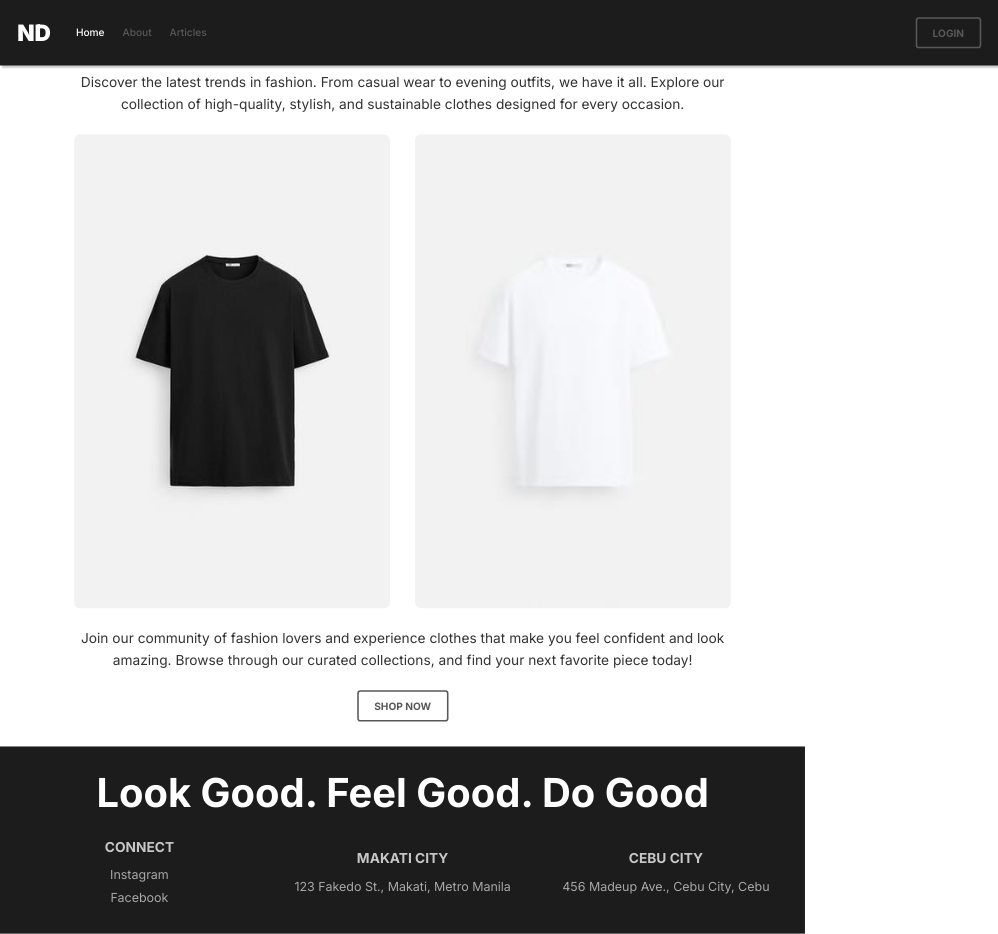
Repository: neomdavid/advancedwebprogramming
Page: /
The author's editor kept a copy of each file at every save. The page is drawn from the files as they stood at one save, then again after the next save.
The browser window is 1280 px wide. The pictures show the whole page, at 78% of full size.
The project was rebuilt for these pictures with package versions that can differ from the ones it lists, and the page was loaded fresh each time. Also part of the build but not shown: vite.config.js, src/styles/AboutPage.css, src/pages/AboutPAge.jsx, src/styles/ArticleList.css, src/pages/ArticleList.jsx, src/pages/ArticlePage.jsx.

Above is the page before, as saved 2025-04-15 08:15:48.

### index.html
<!DOCTYPE html>
<html lang="en">
  <head>
    <meta charset="UTF-8" />
    <link rel="icon" type="image/svg+xml" href="/vite.svg" />
    <meta name="viewport" content="width=device-width, initial-scale=1.0" />
    <link rel="preconnect" href="https://fonts.googleapis.com" />
    <link rel="preconnect" href="https://fonts.gstatic.com" crossorigin />
    <link
      href="https://fonts.googleapis.com/css2?family=Inter:ital,opsz,wght@0,14..32,100..900;1,14..32,100..900&display=swap"
      rel="stylesheet"
    />
    <title>Vite + React</title>
  </head>
  <body>
    <div id="root"></div>
    <script type="module" src="/src/main.jsx"></script>
  </body>
</html>

### src/App.jsx
import "./App.css";
import Layout from "./components/Layout";
import AboutPage from "./pages/AboutPAge";
import ArticleList from "./pages/ArticleList";
import ArticlePage from "./pages/ArticlePage";
import HomePage from "./pages/HomePage";
import { createBrowserRouter, RouterProvider } from "react-router-dom";

const routes = [
  {
    path: "/",
    element: <Layout />,
    children: [
      {
        path: "/",
        element: <HomePage />,
      },
      {
        path: "/about",
        element: <AboutPage />,
      },
      {
        path: "/articles",
        element: <ArticleList />,
      },
      {
        path: "/articles/:id",
        element: <ArticlePage />,
      },
    ],
  },
];

const router = createBrowserRouter(routes);

function App() {
  return (
    <>
      <RouterProvider router={router} />
    </>
  );
}

export default App;

### src/App.css
* {
  margin: 0;
  padding: 0;
  font-family: "Inter";
}

button {
  padding: 0;
  margin: 0;
  border: none;
}

nav a,
a {
  color: inherit;
  text-decoration: none;
}
nav ul {
  list-style: none;
  padding: 0;
  margin: 0;
}
.heading {
  font-size: 2.5rem;
  margin-bottom: 1.5rem;
}

.content {
  line-height: 1.6;
  margin-bottom: 1.5rem;
  font-size: 1.1rem;
}

.outlet-container {
  margin-top: 200px;
}
footer {
  background-color: #1c1c1c;
  color: white;
  display: flex;
  flex-direction: column;
  align-items: center;
  padding: 30px 20px;
  gap: 30px;
}
.footer-item-container {
  display: grid;
  grid-template-columns: 1;
  gap: 20px;
  justify-content: center;
  align-items: center;
  text-align: center;
}

.footer-item-container h1 {
  font-size: 1.5rem;
  font-weight: 700;
  text-transform: uppercase;
}
.footer-item-container .footer-item h2 {
  font-size: 1.1rem;
  margin-bottom: 10px;
  text-transform: uppercase;
  color: #c7c7c7;
}
.footer-item p {
  margin: 5px 20px;
  color: #a8a8a8;
}
.outlet-container {
  padding-top: 100px;
}

@media (min-width: 768px) {
  .footer-item-container {
    grid-template-columns: 1fr 1fr 1fr;
    justify-content: space-around;
  }
}

### src/components/Layout.jsx
import { Outlet } from "react-router-dom";
import Navbar from "./Navbar";
import "../App.css";
import Footer from "./Footer";
const Layout = () => {
  return (
    <>
      <Navbar />
      <Outlet className="outlet-container" />
      <Footer />
    </>
  );
};

export default Layout;

### src/pages/HomePage.jsx
import React from "react";
import "../styles/HomePage.css";
import Button from "../components/Button";
import product1 from "../assets/product1.jpg";
import product2 from "../assets/product2.jpg";

const HomePage = () => {
  return (
    <div className="home-container">
      <h1>Welcome to Our Clothing Store</h1>
      <p>
        Discover the latest trends in fashion. From casual wear to evening
        outfits, we have it all. Explore our collection of high-quality,
        stylish, and sustainable clothes designed for every occasion.
      </p>

      <div className="home-image-container">
        <img src={product1} alt="Product 1" className="home-image" />
        <img src={product2} alt="Product 2" className="home-image" />
      </div>

      <p>
        Join our community of fashion lovers and experience clothes that make
        you feel confident and look amazing. Browse through our curated
        collections, and find your next favorite piece today!
      </p>

      <Button>Shop Now</Button>
    </div>
  );
};

export default HomePage;

### src/components/Navbar.jsx
import React from "react";
import { Link, NavLink } from "react-router-dom";
import Button from "./Button";
import "../styles/Navbar.css";
const Navbar = () => {
  return (
    <nav className="">
      <div className="left-section">
        <div className="logo">
          <h1>
            N<span>D</span>
          </h1>
        </div>
        <ul>
          <li>
            <NavLink
              to="/"
              className={({ isActive }) =>
                isActive ? "nav-link active" : "nav-link"
              }
            >
              Home
            </NavLink>
          </li>
          <li>
            <NavLink
              to="/about"
              className={({ isActive }) =>
                isActive ? "nav-link active" : "nav-link"
              }
            >
              About
            </NavLink>
          </li>
          <li>
            <NavLink
              to="/articles"
              className={({ isActive }) =>
                isActive ? "nav-link active" : "nav-link"
              }
            >
              Articles
            </NavLink>
          </li>
        </ul>
      </div>

      <Button>
        <p>Login</p>
      </Button>
    </nav>
  );
};

export default Navbar;

### src/components/Footer.jsx
import React from "react";

const Footer = () => {
  return (
    <footer>
      <h1>Look Good. Feel Good. Do Good</h1>
      <div className="footer-item-container">
        <div className="footer-item">
          <h2>Connect</h2>
          <p>Instagram</p>
          <p>Facebook</p>
        </div>
        <div className="footer-item">
          <h2>Makati City</h2>
          <p>123 Fakedo St., Makati, Metro Manila</p>
        </div>
        <div className="footer-item">
          <h2>Cebu City</h2>
          <p>456 Madeup Ave., Cebu City, Cebu</p>
        </div>
      </div>
    </footer>
  );
};

export default Footer;

### src/styles/HomePage.css
.home-container {
  max-width: 900px;
  margin: 0 auto;
  padding: 2rem;
  text-align: center;
  color: #333;
}

.home-container h1 {
  font-size: 2.5rem;
  margin-bottom: 1rem;
}

.home-container p {
  font-size: 1.1rem;
  line-height: 1.6;
  margin-bottom: 1.5rem;
}

.home-image-container {
  display: flex;
  gap: 2rem;
  justify-content: center;
  margin-bottom: 1.5rem;
}

.home-image {
  width: 45%; /* Adjust width if needed */
  height: auto;
  border-radius: 8px;
}

.shop-now-btn {
  padding: 12px 30px;
  background-color: #2ecc71;
  color: white;
  border: none;
  border-radius: 4px;
  font-size: 1.1rem;
  cursor: pointer;
  transition: background-color 0.3s;
}

.shop-now-btn:hover {
  background-color: #27ae60;
}

### src/components/Button.jsx
import "../styles/Button.css";
const Button = ({ children, onClick }) => {
  return (
    <button className="custom-button" onClick={onClick}>
      {children}
    </button>
  );
};

export default Button;

### src/styles/Navbar.css
nav {
  background-color: #1c1c1c;
  display: flex;
  justify-content: space-between;
  align-items: center;
  color: #ffffff;
  padding: 22px 22px;
  box-shadow: 3px 3px 2px rgba(0, 0, 0, 0.2);
  position: fixed;
  top: 0;
  left: 0;
  right: 0;
}
ul {
  display: flex;
  align-items: center;
  gap: 23px;
  font-size: small;
  font-weight: 600;
}
.left-section {
  display: flex;

  gap: 32px;
}

.logo h1 {
  font-weight: 900;
  font-size: 29px;
}
.logo span {
  font-weight: 900;
}

.nav-link {
  color: #585858;
  transition: all 0.3s;
}
.nav-link.active {
  color: white;
}
.nav-link:hover {
  color: #afafaf;
}
.nav-link.active:hover {
  color: white;
}

### src/styles/Button.css
.custom-button {
  padding: 10px 20px;
  background-color: transparent;
  border: solid 2px #585858;
  border-radius: 4px;
  color: #585858;
  text-transform: uppercase;
  font-weight: bold;
  font-size: small;
  transition: all 0.3s ease;
}
.custom-button:hover {
  cursor: pointer;
  border: solid 2px rgba(255, 255, 255, 0.811);
  color: rgba(255, 255, 255, 0.811);
  border-radius: 8px;
}

Loaded but not shown: src/main.jsx (common file); src/index.css (common file)

After the next save:
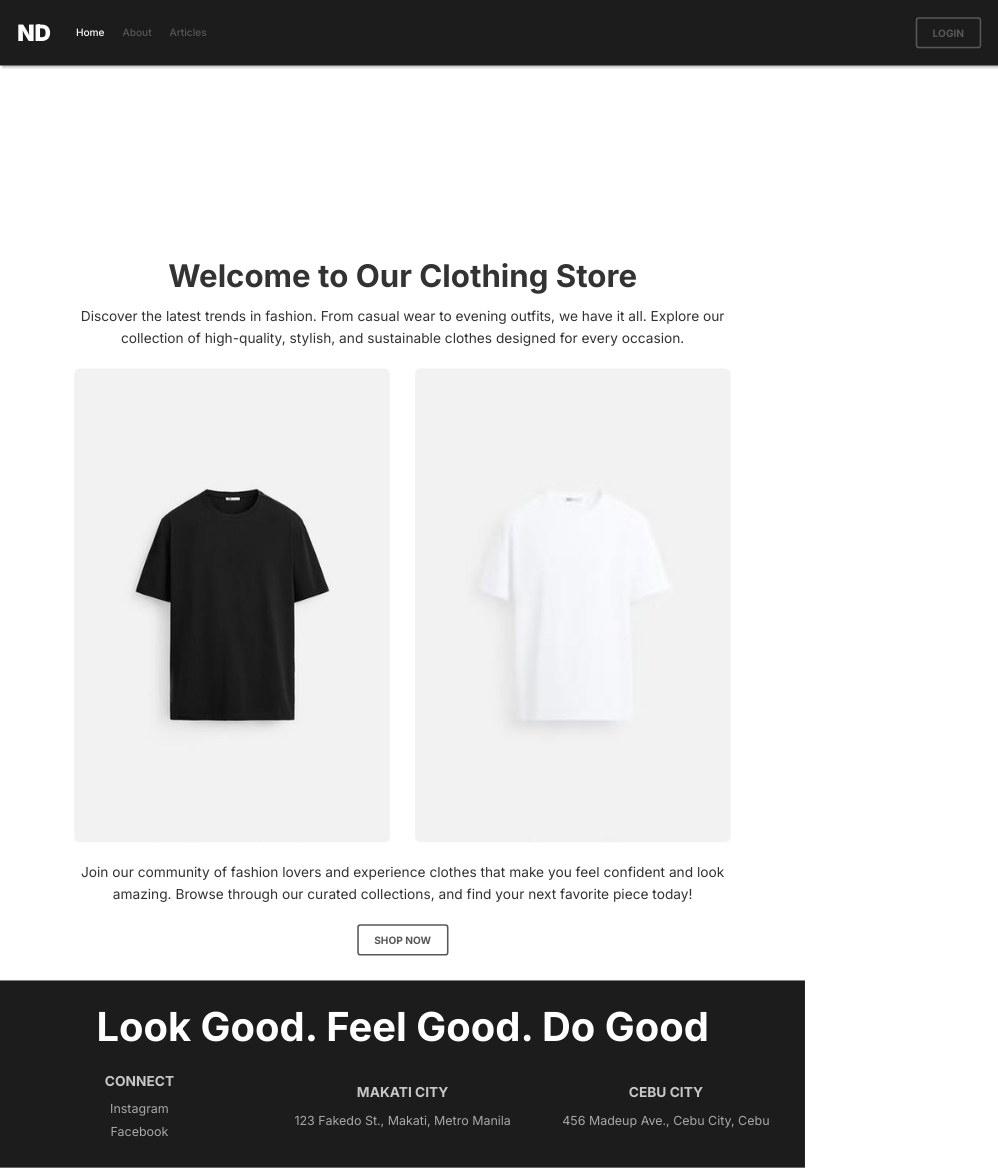
Saved 38 s later.
--- a/src/components/Layout.jsx
+++ b/src/components/Layout.jsx
@@ -6,7 +6,10 @@
   return (
     <>
       <Navbar />
-      <Outlet className="outlet-container" />
+      <div className="outlet-container">
+        <Outlet />
+      </div>
+
       <Footer />
     </>
   );
